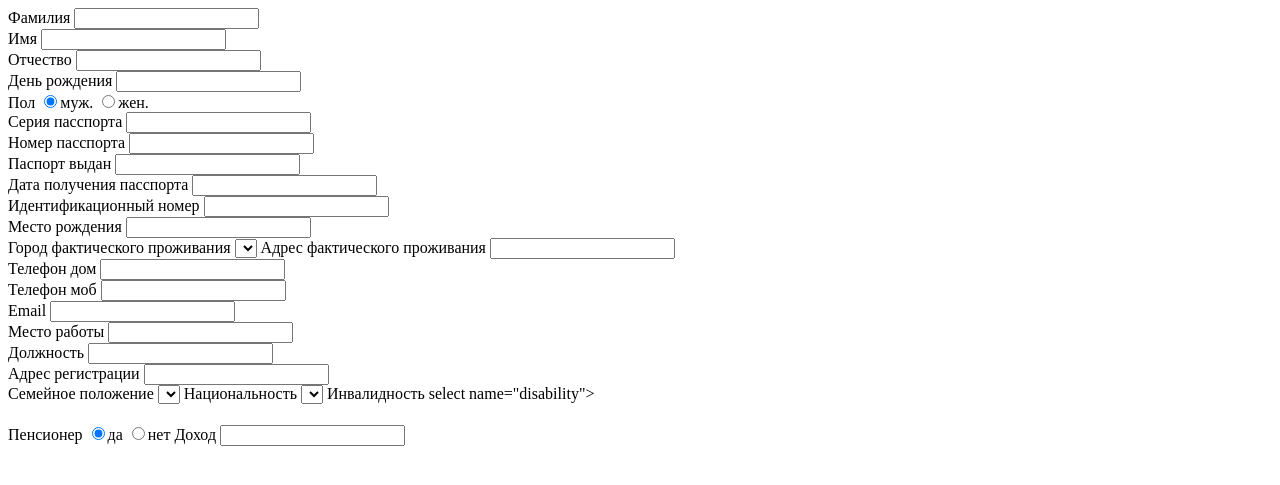
Repository: Westerte/JavaDevelopmentMay2015
Page: http://localhost/bank/jsp/common/add.jsp
An editor plug-in stored every save of this project. The page is shown before and after the next save, followed by the edit.
The browser window is 1280 px wide. The pictures show the whole page.
The page is served by Tomcat 9. The template is opened directly, without the code that normally fills it, so the values that code supplies are empty.

Above is the page before, as saved 2015-09-29 20:16:55.

After the next save:
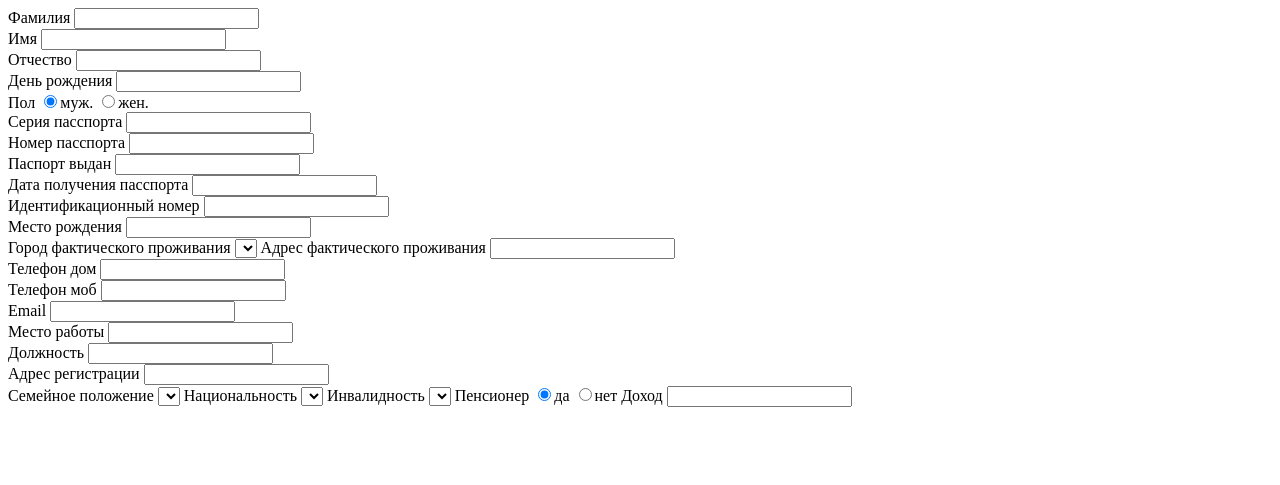
Saved 26 s later.
--- a/workspace/bank/WebContent/jsp/common/add.jsp
+++ b/workspace/bank/WebContent/jsp/common/add.jsp
@@ -86,7 +86,7 @@
 					</c:forEach>
 				</select>
 				Инвалидность
-				select name="disability">
+				<select name="disability">
 					<c:forEach items = "${ disabilityList }" var="disability">
 						<option value="${ disability.id }" label="${ disability.name }"/>
 					</c:forEach>
